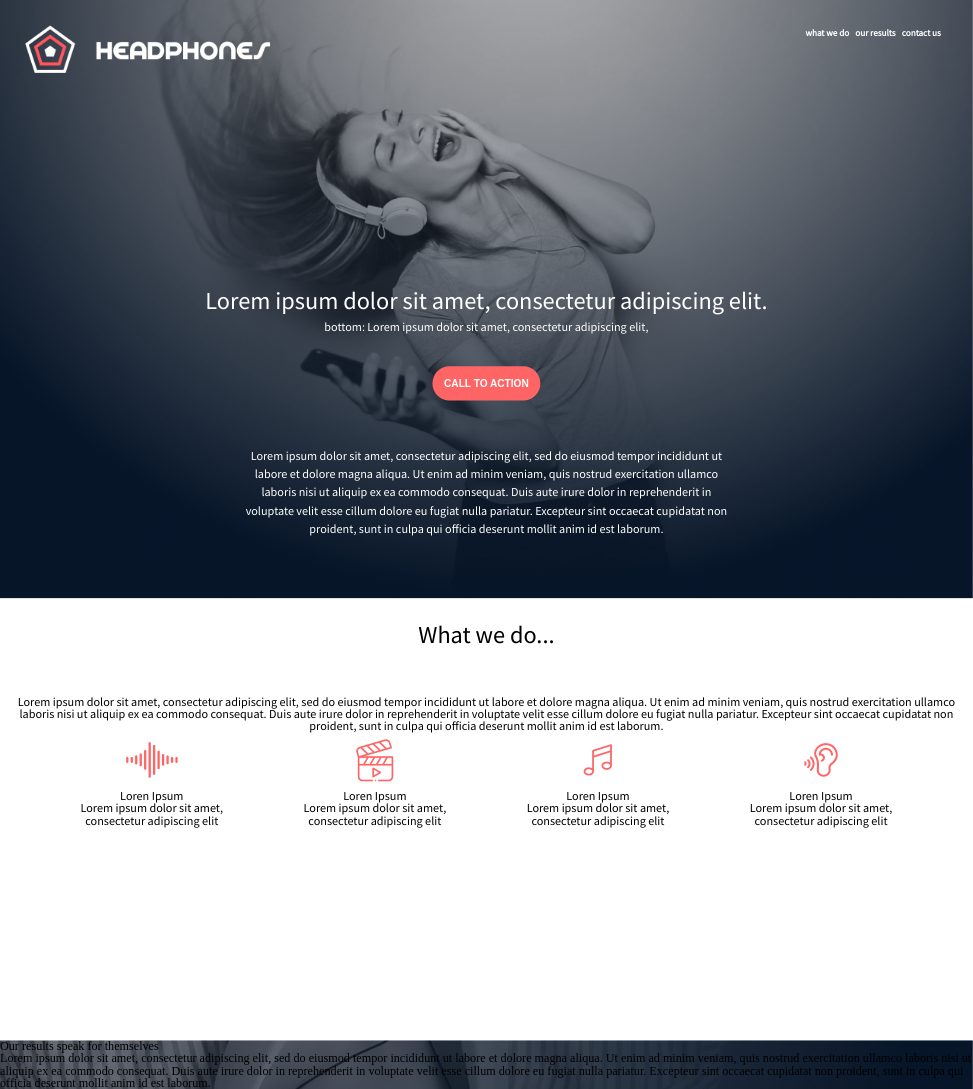
Repository: seleniadelgado/holbertonschool-web_front_end
Page: 0x09-implement_a_design_from_scratch/1-index.html
These files come from the project's save history. The page is drawn as it stood at one moment and after the next save; the edit follows.
The browser window is 1280 px wide. The pictures show the whole page, at 76% of full size.

Above is the page before, as saved 2020-03-21 21:43:03.

After the next save:
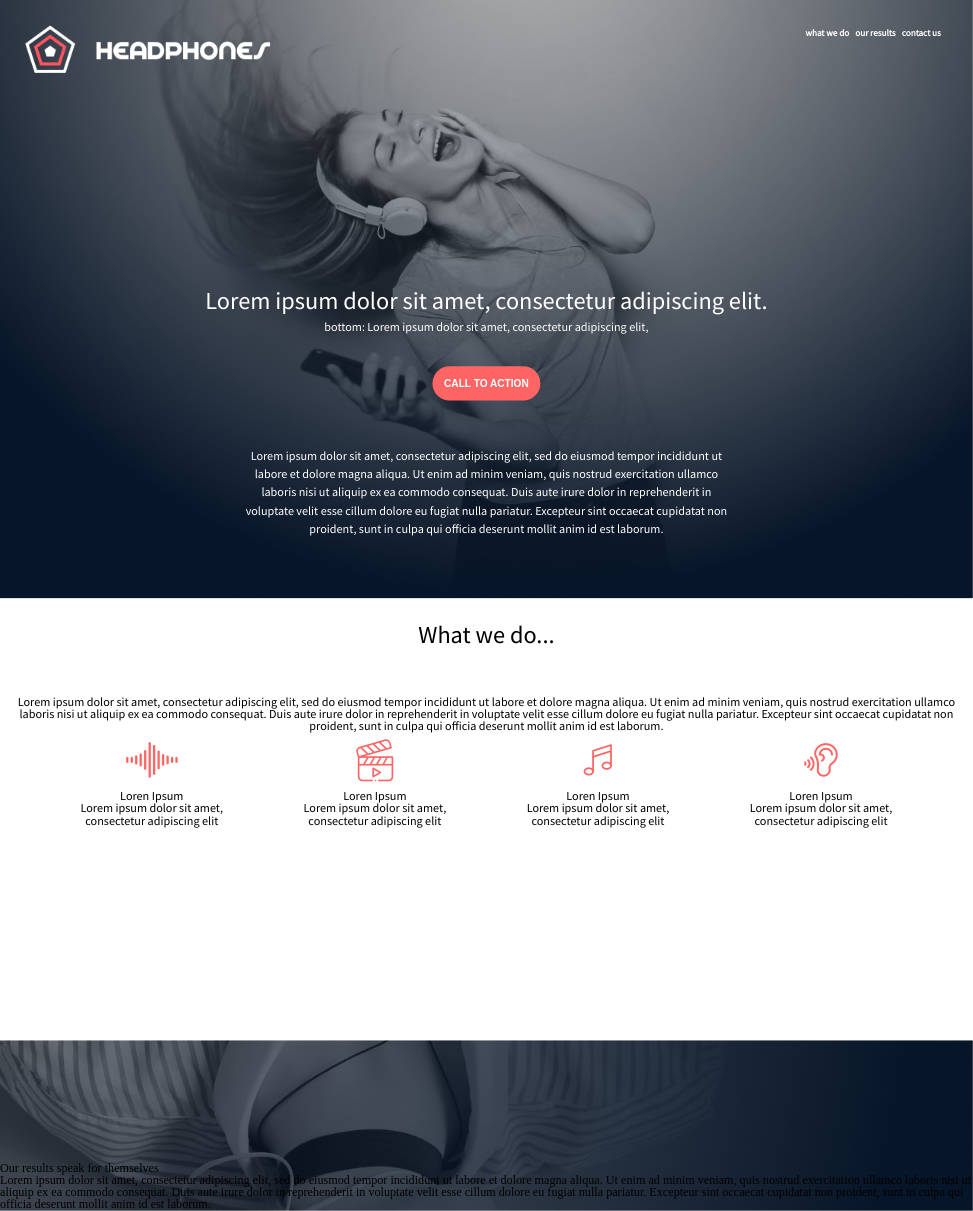
Saved 18 s later.
--- a/0x09-implement_a_design_from_scratch/1-styles.css
+++ b/0x09-implement_a_design_from_scratch/1-styles.css
@@ -260,3 +260,6 @@
 .results {
     background-image: url("images/headphones_hero_2.jpg");
 }
+.summary {
+    padding-top: 10em;
+}
